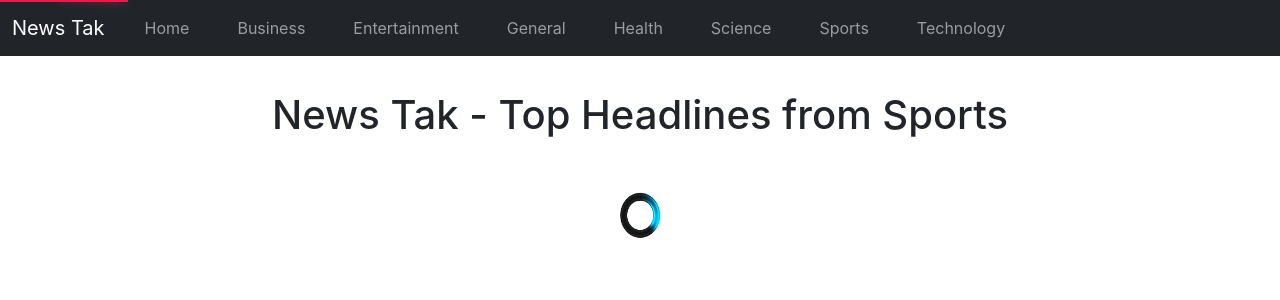
Repository: Rohit-foryou/News-website
Page: /sports
These files come from the project's save history. The page is drawn as it stood at one moment and after a run of saves; the edit follows.
The browser window is 1280 px wide. The pictures show the whole page.
The page's requests for data from a server got no answer. The project was rebuilt for these pictures with package versions that can differ from the ones it lists, and the page was loaded fresh each time. No one was signed in, and anything a server would have sent is missing. Also part of the build but not shown: src/Components/NewsItem.js.

Above is the page before, as saved 2024-01-11 22:12:22.

After the next 3 saves:
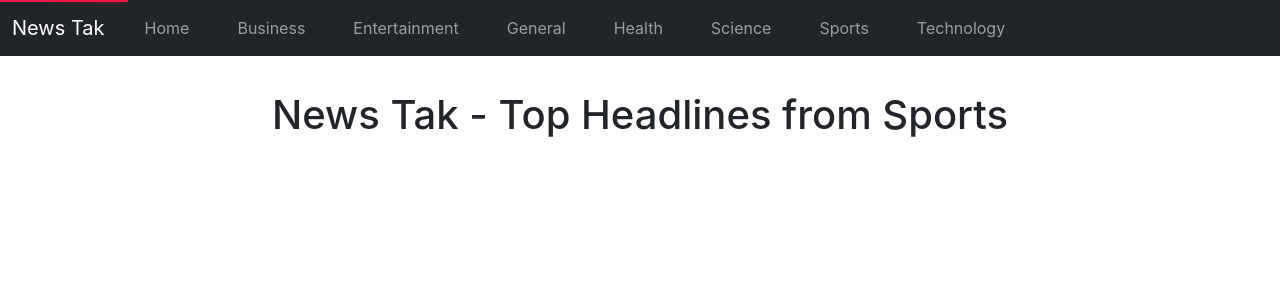
The 3 saves are shown as one change because 2 did not build or start.
The last was saved 22 min 26 s later.
--- a/src/Components/News.js
+++ b/src/Components/News.js
@@ -1,108 +1,83 @@
-import React, { Component } from "react";
+import React, {useEffect, useState} from "react";
 import NewsItem from "./NewsItem";
 import Spinner from "./Spinner";
 import PropTypes from 'prop-types'
 import InfiniteScroll from "react-infinite-scroll-component";
 
+const News = (props) => {
 
-export class News extends Component {
+  const [articles, setArticles] = useState([]);
+  const [loading, setLoading] = useState(true);
+  const [page, setPage] = useState(1);
+  const [totalResults, setTotalResults] = useState(0);
 
-  static defaultProps = {
-    country: 'in',
-    pageSize: 8,
-    category: 'general',
-    totalResults: 0,
-  }
+  // document.title = `${capitalizeFirstLetter(props.category)} - News Tak`;
 
-  static propTypes = {
-    country: PropTypes.string,
-    pageSize: PropTypes.number,
-    category: PropTypes.string,
-  }
-
-  capitalizeFirstLetter = (string) => {
+  const capitalizeFirstLetter = (string) => {
     return string.charAt(0).toUpperCase() + string.slice(1);
   }
 
-  constructor(props) {
-    super(props);
-    // console.log("hello i am constructor");
-    this.state = {
-      articles: [],
-      loading: false,
-      page: 1,
-    };
-    document.title = `${this.capitalizeFirstLetter(this.props.category)} - News Tak`;
-  }
+  const update = async() => {
+    props.setProgress(10);
+    const url = `https://newsapi.org/v2/top-headlines?country=${props.country}&category=${props.category}&apiKey=fa3dbec13bb44cd2a222250b4aea8871&page=${page}&pageSize=${props.pageSize}`;
+
+    setLoading(true);
+    let data = await fetch(url);
+    props.setProgress(30);
+    let parsedData = await data.json();
+    props.setProgress(70);
+    setArticles(parsedData.articles);
+    setTotalResults(parsedData.totalResults);
+    setLoading(false);
+
+    props.setProgress(100);
+
+  };
+
+  useEffect(() => {
+    update();
+  }, []);
 
 
-
-  async componentDidMount() {
-    this.update();
-  }
-
-  handleNextClick = async () => {
-    this.setState({ page: this.state.page + 1 });
-    this.update();
+ const handleNextClick = async () => {
+    setPage(page+1);
+    update();
 
   };
 
 
-  handlePrevClick = async () => {
-    this.setState({ page: this.state.page - 1 });
-    this.update();
+ const handlePrevClick = async () => {
+    setPage(page-1);
+    update();
   };
 
-  async update() {
-    this.props.setProgress(10);
-    const url = `https://newsapi.org/v2/top-headlines?country=${this.props.country}&category=${this.props.category}&apiKey=fa3dbec13bb44cd2a222250b4aea8871&page=${this.state.page - 1}&pageSize=${this.props.pageSize}`;
 
-    this.setState({ loading: true });
+  const fetchMoreData = async () => {
+    setPage(page+1);
+    const url = `https://newsapi.org/v2/top-headlines?country=${props.country}&category=${props.category}&apiKey=fa3dbec13bb44cd2a222250b4aea8871&page=${page - 1}&pageSize=${props.pageSize}`;
+
     let data = await fetch(url);
-    this.props.setProgress(30);
     let parsedData = await data.json();
-    this.props.setProgress(70);
-
-    this.setState({
-      totalResults: parsedData.articles,
-      articles: parsedData.articles,
-      loading: false,
-    });
-    this.props.setProgress(100);
+    setArticles(articles.concat(parsedData.articles))
+    setTotalResults(parsedData.totalResults);
 
   };
 
-  fetchMoreData = async () => {
-    this.setState({ page: this.state.page + 1 })
-    const url = `https://newsapi.org/v2/top-headlines?country=${this.props.country}&category=${this.props.category}&apiKey=fa3dbec13bb44cd2a222250b4aea8871&page=${this.state.page - 1}&pageSize=${this.props.pageSize}`;
 
-    this.setState({ loading: true });
-    let data = await fetch(url);
-    let parsedData = await data.json();
-
-    this.setState({
-      totalResults: parsedData.totalResults,
-      articles: this.state.articles.concat(parsedData.articles),
-      loading: false,
-    });
-  };
-
-
-  render() {
     return (
       <>
-        <h1 className="text-center" style={{ margin: '35px 0px' }}>News Tak - Top Headlines from {this.capitalizeFirstLetter(this.props.category)}</h1>
-        {/* {this.state.loading && <Spinner/>} */}
+        <h1 className="text-center" style={{ margin: '35px 0px' }}>News Tak - Top Headlines from {capitalizeFirstLetter(props.category)}</h1>
+        {/* {loading && <Spinner/>} */}
 
         <InfiniteScroll
-          dataLength={this.state.articles.length}
-          next={this.fetchMoreData}
-          hasMore={this.state.articles.length !== this.state.totalResults}
+          dataLength={articles.length}
+          next={fetchMoreData}
+          hasMore={articles.length !== totalResults}
           loader={<Spinner />}>
 
           <div className="container">
             <div className="row">
-              {this.state.articles.map((element) => {
+              {articles.map((element) => {
                 return (
                   <div className="col-md-4" key={element.url}>
                     <NewsItem
@@ -125,7 +100,19 @@ export class News extends Component {
 
       </>
     );
-  }
+}
+
+News.defaultProps = {
+  country: 'in',
+  pageSize: 8,
+  category: 'general',
+  totalResults: 0,
+}
+
+News.propTypes = {
+  country: PropTypes.string,
+  pageSize: PropTypes.number,
+  category: PropTypes.string,
 }
 
 export default News;
